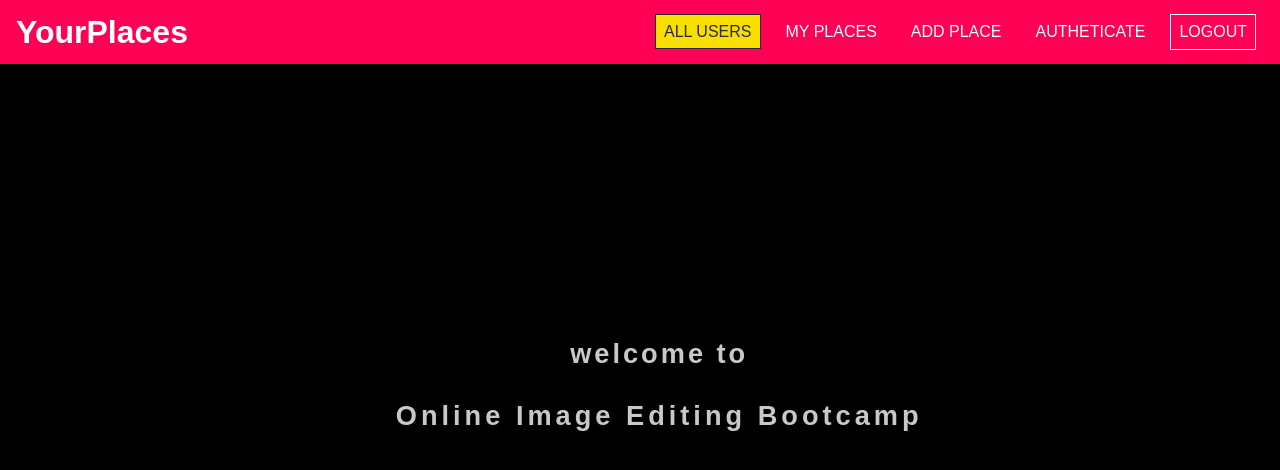
Repository: TanviSanyal/ImageEditingBootcamp
Page: /
An editor plug-in stored every save of this project. The page is shown before and after the next save, followed by the edit.
The browser window is 1280 px wide. The pictures show the whole page.
The project was rebuilt for these pictures with package versions that can differ from the ones it lists, and the page was loaded fresh each time. Also part of the build but not shown: src/shared/components/navigation/SideDrawer.css, src/shared/components/UIElements/Backdrop.css, src/shared/components/UIElements/Backdrop.js.

Above is the page before, as saved 2020-09-26 23:09:11.

### public/index.html
<!DOCTYPE html>
<html lang="en">
  <head>
    <meta charset="utf-8" />
    <link rel="icon" href="%PUBLIC_URL%/favicon.ico" />
    <meta name="viewport" content="width=device-width, initial-scale=1" />
    <meta name="theme-color" content="#000000" />
    <meta
      name="description"
      content="Web site created using create-react-app"
    />
    <link rel="apple-touch-icon" href="%PUBLIC_URL%/logo192.png" />
    <link rel="manifest" href="%PUBLIC_URL%/manifest.json" />
    <title>React App</title>
  </head>
  <body>
    <noscript>You need to enable JavaScript to run this app.</noscript>
    <div id="backdrop-hook"></div>
    <div id="modal-hook"></div>
    <div id="drawer-hook"></div>
    <div id="root"></div>
  </body>
</html>

### src/index.css
@import url('https://fonts.googleapis.com/css?family=Open+Sans:400,700&display=swap');

* {
  box-sizing: border-box;
}

html {
  font-family:Arial, Helvetica, sans-serif;
	font-weight:normal;
}

body {
  margin: 0;
  background: black;
}

### src/App.js
import React from 'react';
import {
  BrowserRouter as Router,
  Route,
  Redirect,
  Switch
} from 'react-router-dom';
import './App.css'
import MainNavigation from '../src/shared/components/navigation/MainNavigation';


const App = () => {

  // <Switch>
  //   <Route path="/" exact>
  //     {/* <Users /> */}
  //   </Route>
  //   <Route path="/:userId/places" exact>
  //     {/* <UserPlaces /> */}
  //   </Route>
  //   <Route path="/places/new" exact>
  //     {/* <NewPlace /> */}
  //   </Route>
  //   <Route path='/places/:placeId'>
  //     {/* <UpdatePlace /> */}
  //   </Route>
  //   <Redirect to="/" />
  // </Switch>

  return (
    <Router>
      <MainNavigation />
      <main className="main-body">
        <p className="text1">welcome to</p>
        <p className="text2"> Online Image Editing Bootcamp</p>
      </main>
    </Router>
  );
};

export default App;

### src/App.css
.main-body span{
  color: white;
  text-transform: uppercase;
  display: block;
}
.main-body{
  text-align: center;
  padding-top: 32vh;
  padding-left: 3%;
}

.text1{
  color:rgb(200,200,200);
  font-size: 170%;
  letter-spacing: 3PX;
  font-weight: 700;
}
.text2{
  color: rgb(200,200,200);
  font-size: 170%;
  letter-spacing: 4PX;
  line-height: 37PX;
  font-weight: 700;
}

### src/shared/components/navigation/MainNavigation.js
import React, { useState } from 'react';
import { Link } from 'react-router-dom';

import MainHeader from './MainHeader';
import NavLinks from './NavLinks';
import SideDrawer from './SideDrawer';
import Backdrop from '../UIElements/Backdrop';
import './MainNavigation.css';

const MainNavigation = props => {
  const [drawerIsOpen, setDrawerIsOpen] = useState(false);

  const openDrawerHandler = () => {
    setDrawerIsOpen(true);
  };

  const closeDrawerHandler = () => {
    setDrawerIsOpen(false);
  };

  return (
    <React.Fragment>
      {drawerIsOpen && <Backdrop onClick={closeDrawerHandler} />}
      <SideDrawer show={drawerIsOpen} onClick={closeDrawerHandler}>
        <nav className="main-navigation__drawer-nav">
          <NavLinks />
        </nav>
      </SideDrawer>

      <MainHeader>
        <button className="main-navigation__menu-btn" onClick={openDrawerHandler}>
          <span />
          <span />
          <span />
        </button>
        <h1 className="main-navigation__title">
          <Link to="/">YourPlaces</Link>
        </h1>
        <nav className="main-navigation__header-nav">
          <NavLinks />
        </nav>
      </MainHeader>
    </React.Fragment>
  );
};

export default MainNavigation;

### src/shared/components/navigation/MainHeader.js
import React from 'react';

import './MainHeader.css';

const MainHeader = props => {
  return <header className="main-header">{props.children}</header>;
};

export default MainHeader;

### src/shared/components/navigation/NavLinks.js
import React,{useContext} from 'react';
import './NavLinks.css';
import {NavLink} from 'react-router-dom';
// import {AuthContext} from '../../context/auth-context';

const NavLinks = props => {

    // const auth = useContext(AuthContext);
    return(
        <ul className="nav-links">
            <li>
                <NavLink to="/" exact>ALL USERS</NavLink>
            </li>
           <li>
                <NavLink to="/u1/places">MY PLACES</NavLink>
            </li>
           <li>
                <NavLink to="/places/new">ADD PLACE</NavLink>
            </li>
            <li>
                <NavLink to="/auth">AUTHETICATE</NavLink>
            </li>
             <li><button >LOGOUT</button></li>
        </ul>
    );
};

export default NavLinks;

### src/shared/components/navigation/MainNavigation.css
.main-navigation__menu-btn {
    width: 3rem;
    height: 3rem;
    background: transparent;
    border: none;
    display: flex;
    flex-direction: column;
    justify-content: space-around;
    margin-right: 2rem;
    cursor: pointer;
  }

  .main-navigation__menu-btn span {
    display: block;
    width: 3rem;
    height: 2.5px;
    background: white;
  }

  .main-navigation__title {
    color: white;
  }

  .main-navigation__title a {
    text-decoration: none;
    color: white;
  }

  .main-navigation__header-nav {
    display: none;
  }

  .main-navigation__drawer-nav {
    height: 100%;
  }

  @media (min-width: 768px) {
    .main-navigation__menu-btn {
      display: none;
    }

    .main-navigation__header-nav {
      display: block;
    }
  }

### src/shared/components/navigation/NavLinks.css
.nav-links {
    list-style: none;
    margin: 0;
    padding: 0;
    width: 100%;
    height: 100%;
    display: flex;
    flex-direction: column;
    justify-content: center;
    align-items: center;
  }

  .nav-links li {
    margin: 1rem;
  }

  .nav-links a {
    border: 1px solid transparent;
    color: #292929;
    text-decoration: none;
    padding: 0.5rem;
  }

  .nav-links a:hover,
  .nav-links a:active,
  .nav-links a.active {
    background: #f8df00;
    border-color: #292929;
    color: #292929;
  }

  .nav-links button {
    cursor: pointer;
    border: 1px solid #292929;
    color: #292929;
    background: transparent;
    padding: 0.5rem;
    font: inherit;
  }

  .nav-links button:focus {
    outline: none;
  }

  .nav-links button:hover,
  .nav-links button:active {
    background: #292929;
    color: white;
  }

  @media (min-width: 768px) {
    .nav-links {
      flex-direction: row;
    }

    .nav-links li {
      margin: 0 0.5rem;
    }

    .nav-links a {
      color: white;
      text-decoration: none;
    }

    .nav-links button {
      border: 1px solid white;
      color: white;
      background: transparent;
    }

    .nav-links button:hover,
    .nav-links button:active {
      background: #f8df00;
      color: #292929;
    }
  }

Loaded but not shown: src/index.js (common file); src/shared/components/navigation/SideDrawer.js (common file); src/shared/components/navigation/MainHeader.css (common file)

After the next save:
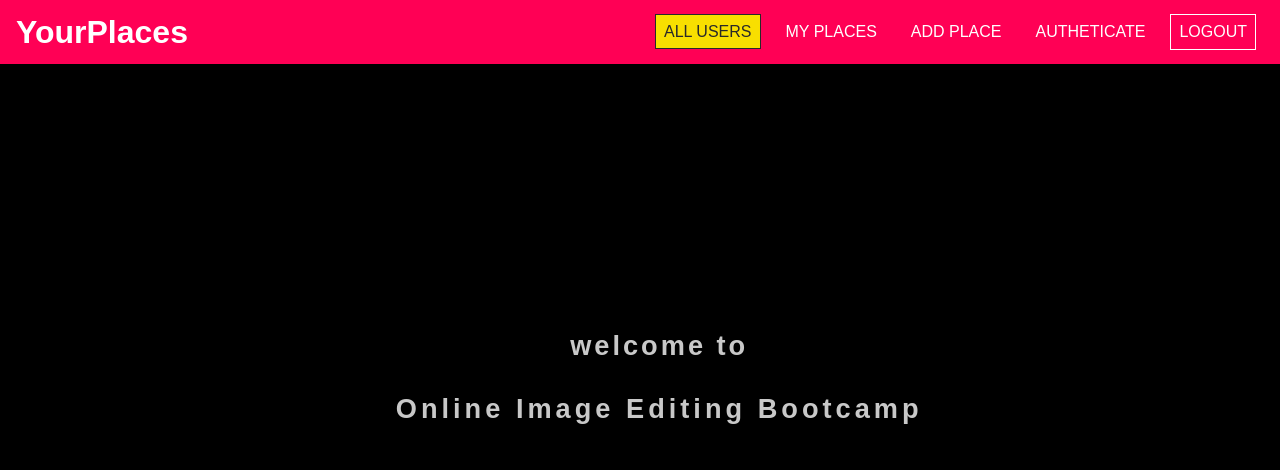
Saved 8 s later.
--- a/src/App.css
+++ b/src/App.css
@@ -5,7 +5,7 @@
 }
 .main-body{
   text-align: center;
-  padding-top: 32vh;
+  padding-top: 31vh;
   padding-left: 3%;
 }
 
